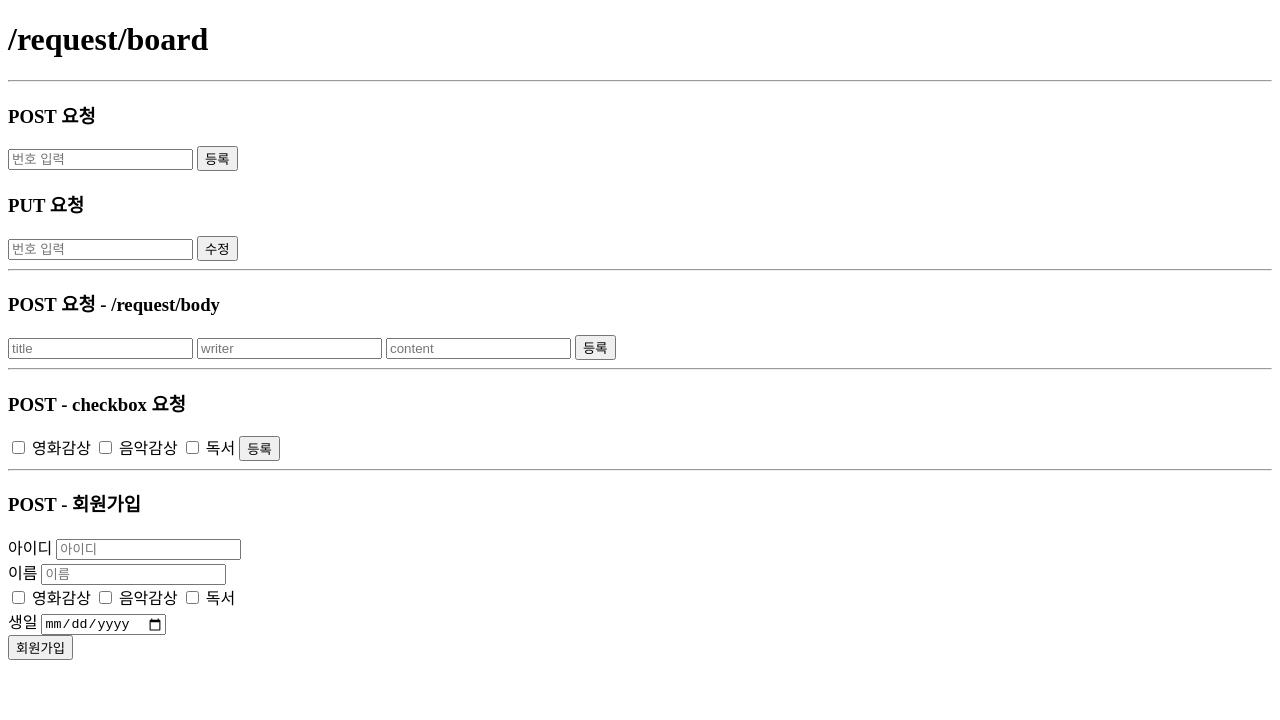
Repository: koko2807/SPRING
Page: http://localhost/spring-mvc/WEB-INF/views/request/board.jsp
The author's editor kept a copy of each file at every save. The page is drawn from the files as they stood at one save, then again after the next save.
The browser window is 1280 px wide. The pictures show the whole page.
The page is served by Tomcat 9. Nobody is signed in. Other server files are loaded and not shown. The template is opened directly, without the code that normally fills it, so the values that code supplies are empty.

Above is the page before, as saved 2024-11-07 06:54:05.

### SPRING-STUDY/SPRING/spring-mvc/src/main/webapp/WEB-INF/views/request/board.jsp
<%@ page language="java" contentType="text/html; charset=UTF-8"
    pageEncoding="UTF-8"%>
<!DOCTYPE html>
<html>
<head>
	<meta charset="UTF-8">
	<title>/request/board</title>
</head>
<body>
	<h1>/request/board</h1>

	<hr>
	<h3>POST 요청</h3>
	<form action="<%= request.getContextPath() %>/request/board " method="post">
		<input type="text" name="no" placeholder="번호 입력" />
		<input type="submit" value="등록" />
	</form>

	<h3>PUT 요청</h3>
	<form action="<%= request.getContextPath() %>/request/board " method="post">
		<!-- form 태그에서는 PUT 방식 요청을 지원하지 않는다. -->
		<!-- spring 의 HiddenMethodFilter 를 등록하면, 우회적으로 PUT 요청을 할 수 있다. -->
		<!-- _method 를 X-HTTP-Method-Override 헤더로 지정한다. -->
		<!-- X-HTTP-Method-Override 헤더 - 값 : PUT -->
		<input type="hidden" name="_method" value="PUT" />
		<input type="text" name="no" placeholder="번호 입력" />
		<input type="submit" value="수정" />
	</form>

	<hr>
	<h3>POST 요청 - /request/body</h3>
	<form action="<%= request.getContextPath() %>/request/body " method="post">
		<input type="text" name="title" placeholder="title" />
		<input type="text" name="writer" placeholder="writer" />
		<input type="text" name="content" placeholder="content" />
		<input type="submit" value="등록" />
	</form>

	<hr>
	<h3>POST - checkbox 요청</h3>
    <form action="<%= request.getContextPath() %>/request/check"
          method="post">

        <input type="checkbox" name="hobby" id="movie" value="movie" />
        <label for="movie">영화감상</label>

        <input type="checkbox" name="hobby" id="music" value="music" />
        <label for="music">음악감상</label>

        <input type="checkbox" name="hobby" id="book" value="book" />
        <label for="book">독서</label>

        <input type="submit" value="등록">
    </form>

	<hr>
	<h3>POST - 회원가입</h3>
    <form action="<%= request.getContextPath() %>/request/user"
          method="post">

        <label for="id">아이디</label>
        <input type="text" name="id" id="id" placeholder="아이디" />
        <br>

        <label for="name">이름</label>
        <input type="text" name="name" id="name" placeholder="이름" />
        <br>

        <input type="checkbox" name="hobby" id="movie" value="movie" />
        <label for="movie">영화감상</label>

        <input type="checkbox" name="hobby" id="music" value="music" />
        <label for="music">음악감상</label>

        <input type="checkbox" name="hobby" id="book" value="book" />
        <label for="book">독서</label>
        <br>

        <label for="birth">생일</label>
        <input type="date" name="birth" id="birth" />
        <br>


        <input type="submit" value="회원가입">
    </form>


</body>
</html>

After the next save:
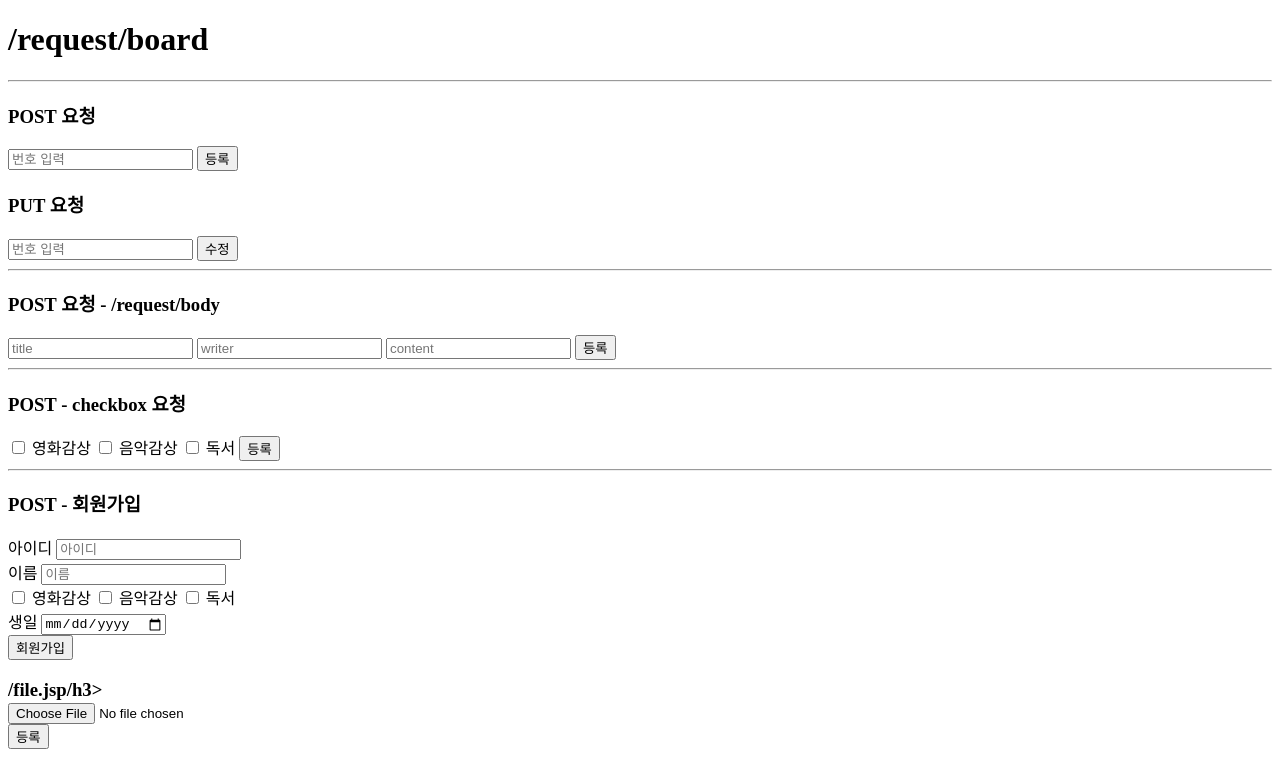
Saved 100 s later.
--- a/SPRING-STUDY/SPRING/spring-mvc/src/main/webapp/WEB-INF/views/request/board.jsp
+++ b/SPRING-STUDY/SPRING/spring-mvc/src/main/webapp/WEB-INF/views/request/board.jsp
@@ -84,6 +84,11 @@
         <input type="submit" value="회원가입">
     </form>
 
+	<h3>/file.jsp/h3>
+	<form action="${ pageContext.request.contextPath }/file" method="POST" enctype="multipart/form-data">
+		<input type="file" name="file" /> <br>
+		<input type="submit" value="등록" />
+	</form>
 
 </body>
 </html>
